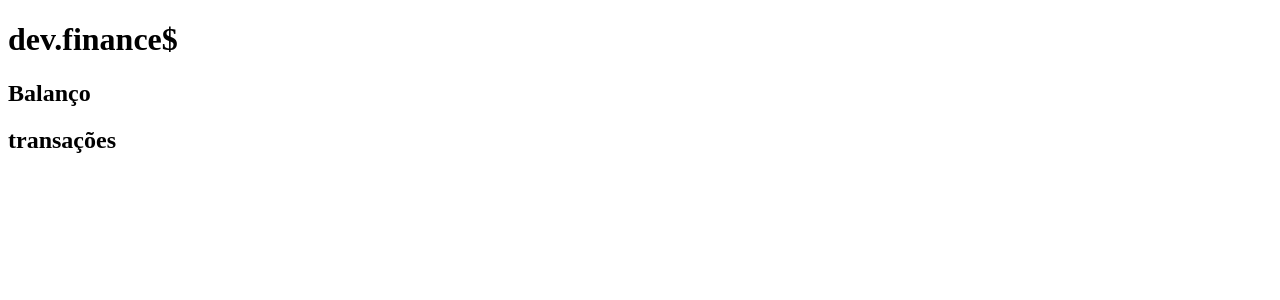
Repository: rafaelmgr12/maratona-dev01
Page: index.html
An editor plug-in stored every save of this project. The page is shown before and after the next save, followed by the edit.
The browser window is 1280 px wide. The pictures show the whole page.

Above is the page before, as saved 2021-04-26 18:58:51.

### index.html
<!DOCTYPE html>
<html lang="pt-br">
<head>
    <meta charset="UTF-8">
    <meta http-equiv="X-UA-Compatible" content="IE=edge">
    <meta name="viewport" content="width=device-width, initial-scale=1.0">
    <title>Rafael-app.finance$</title>
</head>
<body>
    <h1>
        dev.finance$
    </h1>
    <h2>
        Balanço
    </h2>
    <h2>transações</h2>

</body>
</html>

After the next save:
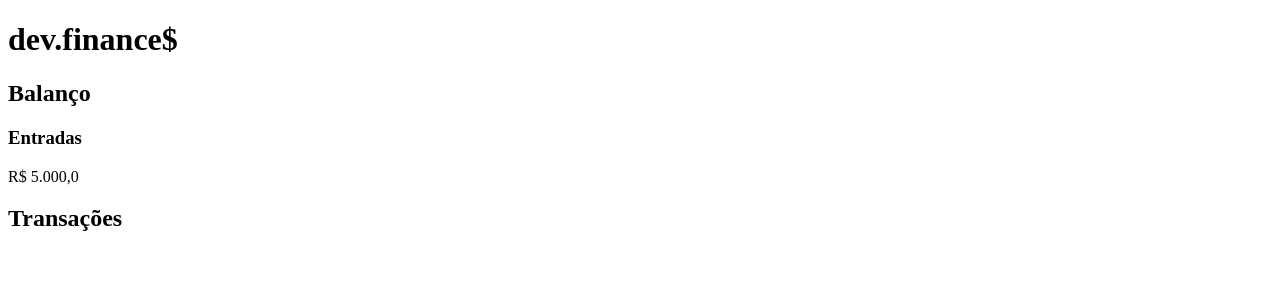
Saved 64 s later.
--- a/index.html
+++ b/index.html
@@ -13,7 +13,9 @@
     <h2>
         Balanço
     </h2>
-    <h2>transações</h2>
+    <h3>Entradas</h3>
+    <p>R$ 5.000,0</p>
+    <h2>Transações</h2>
 
 </body>
 </html>
